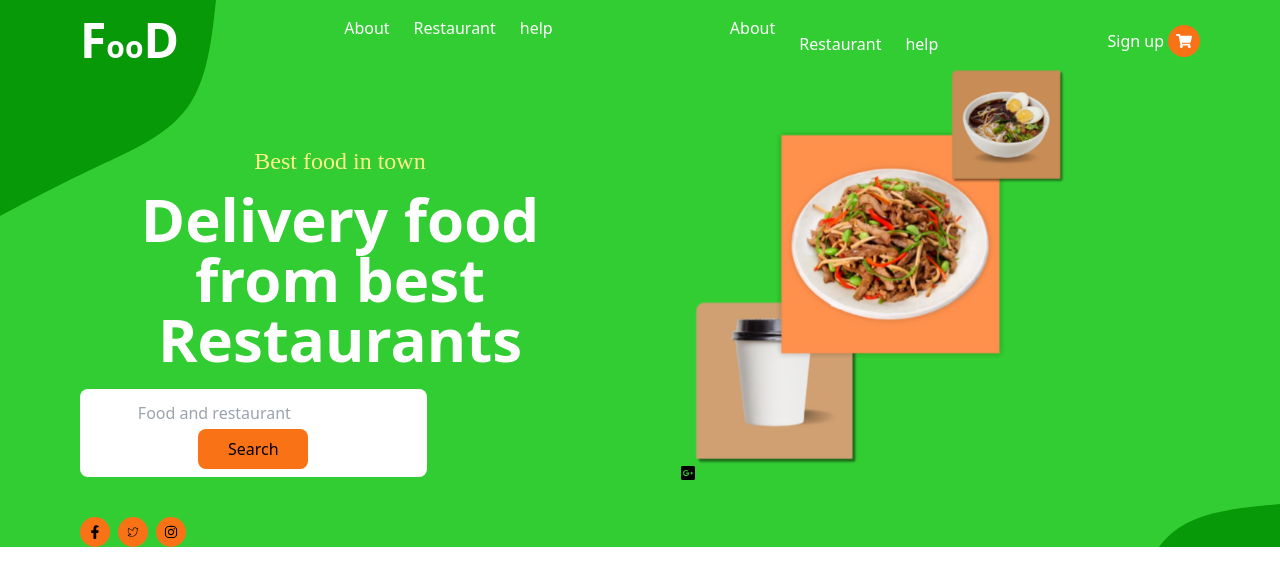
Repository: KhushiCode14/FoodWeb
Page: /
The author's editor kept a copy of each file at every save. The page is drawn from the files as they stood at one save, then again after the next save.
The browser window is 1280 px wide. The pictures show the whole page.
The project was rebuilt for these pictures with package versions that can differ from the ones it lists, and the page was loaded fresh each time. Also part of the build but not shown: src/components/Home/SignUp.tsx, src/components/Home/SignIn.tsx.

Above is the page before, as saved 2024-09-20 17:37:01.

After the next save:
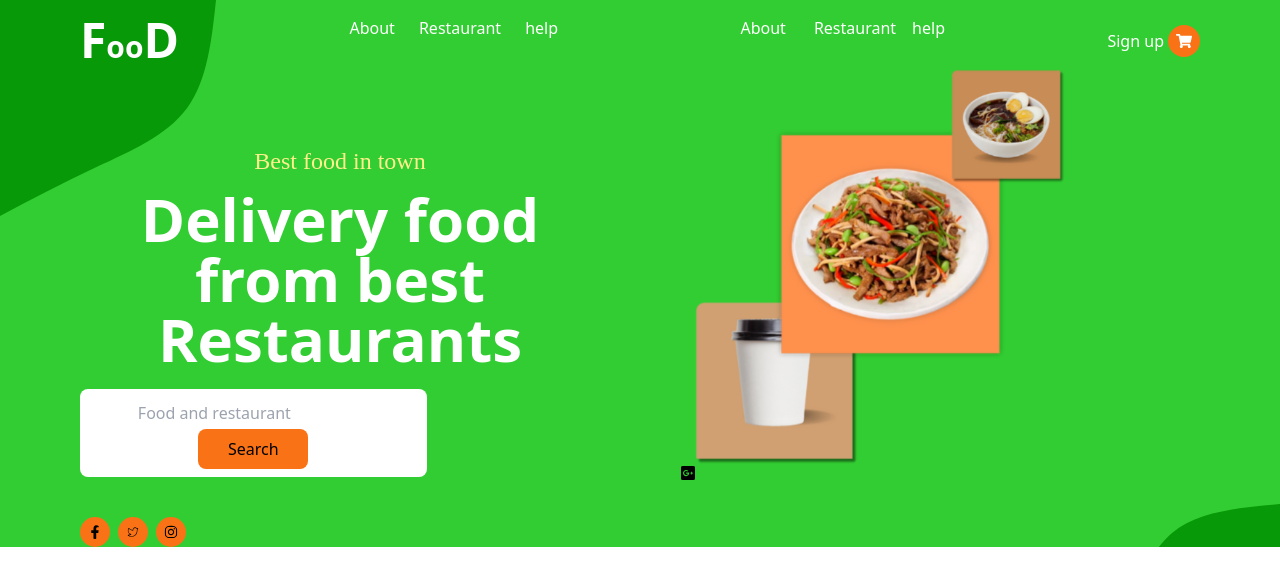
Saved 9 s later.
--- a/src/Pages/Navbar.tsx
+++ b/src/Pages/Navbar.tsx
@@ -43,7 +43,7 @@ const Navbar: React.FC = () => {
         }
       </div>
       <div className={`flex flex-col md:flex-row md:items-center md:justify-between w-full md:w-auto max-w-screen-xl ${menu ? 'block' : 'hidden md:block'}`} >
-      <ul className="flex flex-col md:flex-row md:space-y-4">
+      <ul className="flex flex-col md:flex-row md:space-x-4">
         {
           navLink.map((link, index) => (
             <Link key={index} to={link.to} className="mx-3 hover:text-gray-800">
